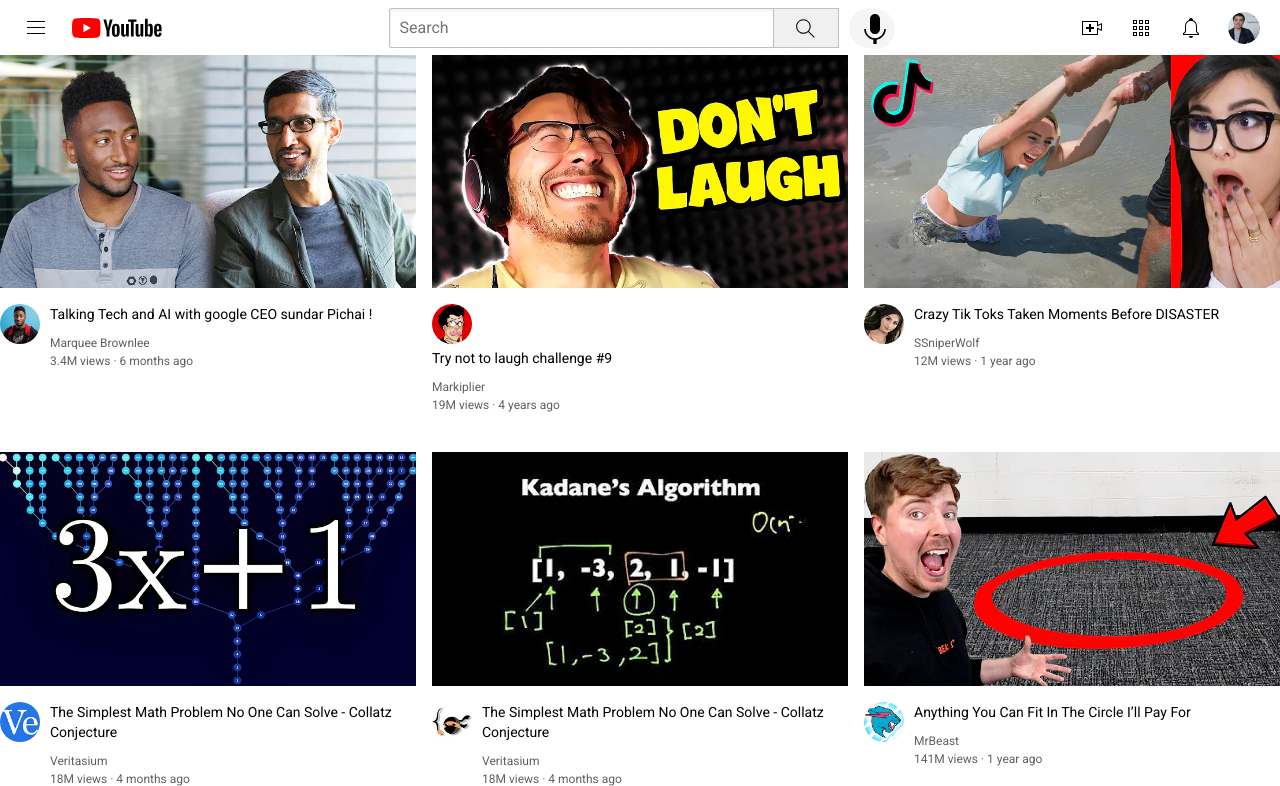
Repository: knowledgeAlan/html-css-fourteen
Page: youtube.html
An editor plug-in stored every save of this project. The page is shown before and after the next save, followed by the edit.
The browser window is 1280 px wide. The pictures show the whole page.

Above is the page before, as saved 2024-03-22 18:27:31.

### youtube.html
<!DOCTYPE html>
<html>

<head>
    <title>Youtube.com Clone</title>

    <link rel="preconnect" href="https://fonts.googleapis.com">
    <link rel="preconnect" href="https://fonts.gstatic.com" crossorigin>
    <link href="https://fonts.googleapis.com/css2?family=Roboto:wght@400;500;700&display=swap" rel="stylesheet">

    <link rel="stylesheet" href="styles/general.css">
    <link rel="stylesheet" href="styles/header.css">
    <link rel="stylesheet" href="styles/video.css">
    <link rel="stylesheet" href="styles/sidebar.css">


    <body>


        <div class="header">


            <div class="left-section">

                <img class="hamburger-menu" src="icons/hamburger-menu.svg">
                <img class="youtube-logo" src="icons/youtube-logo.svg">

            </div>

            <div class="middle-section">
                <input class="search-bar" type="text" placeholder="Search">

                <button class="search-button">
                    <img class="search-icon" src="icons/search.svg">
                </button>

                <button class="voice-search-button">
                       <img class="voice-search-button" src="icons/voice-search-icon.svg" >
                </button>
            </div>

            <div class="right-section">
                <img class="upload-icon" src="icons/upload.svg">
                <img class="youtube-apps-icon" src="icons/youtube-apps.svg">
                <img class="notifications-icon" src="icons/notifications.svg">
                <img class="current-user-picture" src="channel-pictures/my-channel.jpeg">

            </div>

        </div>

        <div class="video-grid">

            <div class="video-preview">

                <div class="thumbnail-row">
                    <img class="thumbnail" src="thumbnails/thumbnail-1.webp">
                </div>

                <div class="video-info-grid">

                    <div class="channel-picture">
                        <img class="profile-picture" src="channel-pictures/channel-1.jpeg">
                    </div>

                    <div class="video-info">
                        <p class="video-title">
                            Talking Tech and AI with google CEO sundar Pichai !

                        </p>

                        <p class="video-author">
                            Marquee Brownlee
                        </p>

                        <p class="video-stats">
                            3.4M views &#183; 6 months ago
                        </p>

                    </div>
                </div>
            </div>


            <div class="video-preview">
                    <div class="thumbnail-row">
                        <img class="thumbnail" src="thumbnails/thumbnail-2.webp">

                    </div>

                    <div class="=video-info-grid">
                        <div class="channel-picture">
                            <img class="profile-picture" src="channel-pictures/channel-2.jpeg">
                        </div>

                        <div class="video-info">
                            <p class="video-title">
                                Try not to laugh challenge #9
                            </p>

                            <p class="video-author">
                                Markiplier
                            </p>

                            <p class="video-stats">
                                19M views &#183; 4 years ago
                            </p>
                        </div>
                    </div>
            </div>



            <div class="video-preview">

                <div class="thumbnail-row">
                    <img class="thumbnail" src="thumbnails/thumbnail-3.webp">
                </div>

                <div class="video-info-grid">
                    <div class="channel-picture">
                        <img class="profile-picture"    src="channel-pictures/channel-3.jpeg">
                    </div>

                    <div class="video-info">
                         <p class="video-title">
                            Crazy Tik Toks Taken Moments Before DISASTER
                         </p>

                         <p class="video-author">
                            SSniperWolf
                         </p>

                         <p class="video-stats">
                            12M views &#183; 1 year ago
                         </p>
                    </div>
                </div>
            </div>

            <div class="video-preview">
                <div class="thumbnail-row">
                    <img class="thumbnail" src="thumbnails/thumbnail-4.webp">
                </div>
                <div class="video-info-grid">
                    <div class="channel-picture">
                        <img class="profile-picture" src="channel-pictures/channel-4.jpeg">
                    </div>

                    <div class="video-info">
                        <p class="video-title">
                            The Simplest Math Problem No One Can Solve - Collatz Conjecture
                        </p>
                        <p class="video-author">
                            Veritasium
                        </p>

                        <p class="video-stats">
                            18M views &#183; 4 months ago
                        </p>

                    </div>
                </div>
            </div>

            <div class="video-preview">
                <div class="thumbnail-row">
                    <img class="thumbnail" src="thumbnails/thumbnail-5.webp">
                </div>
                <div class="video-info-grid">
                    <div class="channel-picture">
                        <img class="profile-picture" src="channel-pictures/channel-5.jpeg">
                    </div>

                    <div class="video-info">
                        <p class="video-title">
                            The Simplest Math Problem No One Can Solve - Collatz Conjecture
                        </p>
                        <p class="video-author">
                            Veritasium
                        </p>

                        <p class="video-stats">
                            18M views &#183; 4 months ago
                        </p>

                    </div>
                </div>
            </div>

            <div class="video-preview">
                <div class="thumbnail-row">
                    <img class="thumbnail" src="thumbnails/thumbnail-6.webp">
                </div>

                <div class="video-info-grid">
                    <div class="channel-picture">
                        <img class="profile-picture" src="channel-pictures/channel-6.jpeg">
                    </div>
                    <div class="video-info">
                        <p class="video-title">
                            Anything You Can Fit In The Circle I’ll Pay For
                        </p>

                        <p class="video-author">
                            MrBeast
                        </p>

                        <p class="video-stats">
                            141M views &#183; 1 year ago
                        </p>
                    </div>
                </div>

            </div>







 </div>


    </body>
</head>
</html>

### styles/general.css
p{
    font-family: Roboto,Arial;
    margin-top: 0;
    margin-bottom: 0;
}

body{
    margin: 0;
}

### styles/header.css
.header {
    height: 55px;
    display: flex;
    flex-direction: row;
    justify-content: space-between;


}


.left-section {

    display: flex;
    align-items: center;
}

.hamburger-menu {

    height: 24px;
    margin-left: 24px;
    margin-right: 24px;
}


.youtube-logo {
    height: 20px ;
}

.middle-section {
    flex: 1;
    margin-left: 70px;
    margin-right:  35px;
    max-width: 500px;
    display: flex;
    align-items: center;
}

.search-bar{
    flex: 1;
    height: 36px;
    padding-left: 10px;
    font-size: 16px;
    border-width: 1px;
    border-style: solid;
    border-color: rgb(192, 192, 192);
    border-radius: 2px;
    box-shadow: inset 1px 2px 3px rgba(0, 0, 0, 0.05);
    width: 0;

}



.search-bar::placeholder {
    font-family: Roboto,Arial;
    font-size: 16px;
}


.search-button{
    height: 40px;
    width: 66px;
    background-color: rgb(240, 240, 240);
    border-width: 1px;
    border-style: solid;
    border-color: rgb(192, 192, 192);
    margin-left: -1px;
    margin-right: 10px;
}


.search-icon {
    height: 25px;
    margin-top: 4px;
}


.voice-search-button{
    height: 40px;
    width: 40px;
    border-radius: 20px;
    border: none;
    background-color: rgb(245, 245, 245);
}


.video-search-icon {
    height: 24px;
    width: 40px;
    border-radius: 20px;
    border: none;
    background-color: rgb(245, 245, 245);
}

.right-section {
    width: 180px;
    margin-right: 20px;
    display: flex;
    align-items: center;
    justify-content: space-between;
    flex-shrink: 0;

}

.upload-icon {
    height: 24px;
}

.youtube-apps-icon{
    height: 24px;
}


.notifications-icon {
    height: 24px;
}

.current-user-picture {
    height: 32px;
    border-radius: 16px ;
}

### styles/video.css
.thumbnail{
    width: 100%;
}

.video-title {
    margin-top: 0;
    font-size: 14px;
    font-weight: 500px ;
    line-height: 20px;
    margin-bottom: 12px;
}


.video-info-grid {
    display: grid;
    grid-template-columns: 50px 1fr;
}


.profile-picture{
    width: 40px;
    border-radius: 50px;
}


.thumbnail-row {
    margin-bottom: 12px;
}

.video-author,.video-stats {
    font-size: 12px;
    color: rgb(96, 96, 96);
}

.video-author {
    margin-bottom: 4px;
}

.video-grid{
    display: grid;
    grid-template-columns: 1fr 1fr 1fr;
    column-gap: 16px;
    row-gap: 40px;
}

### styles/sidebar.css
.sidebar {
    position:fixed;
    left: 0;
    bottom: 0;
    top: 55px;
    background-color: white;
    width: 72px;
}

After the next save:
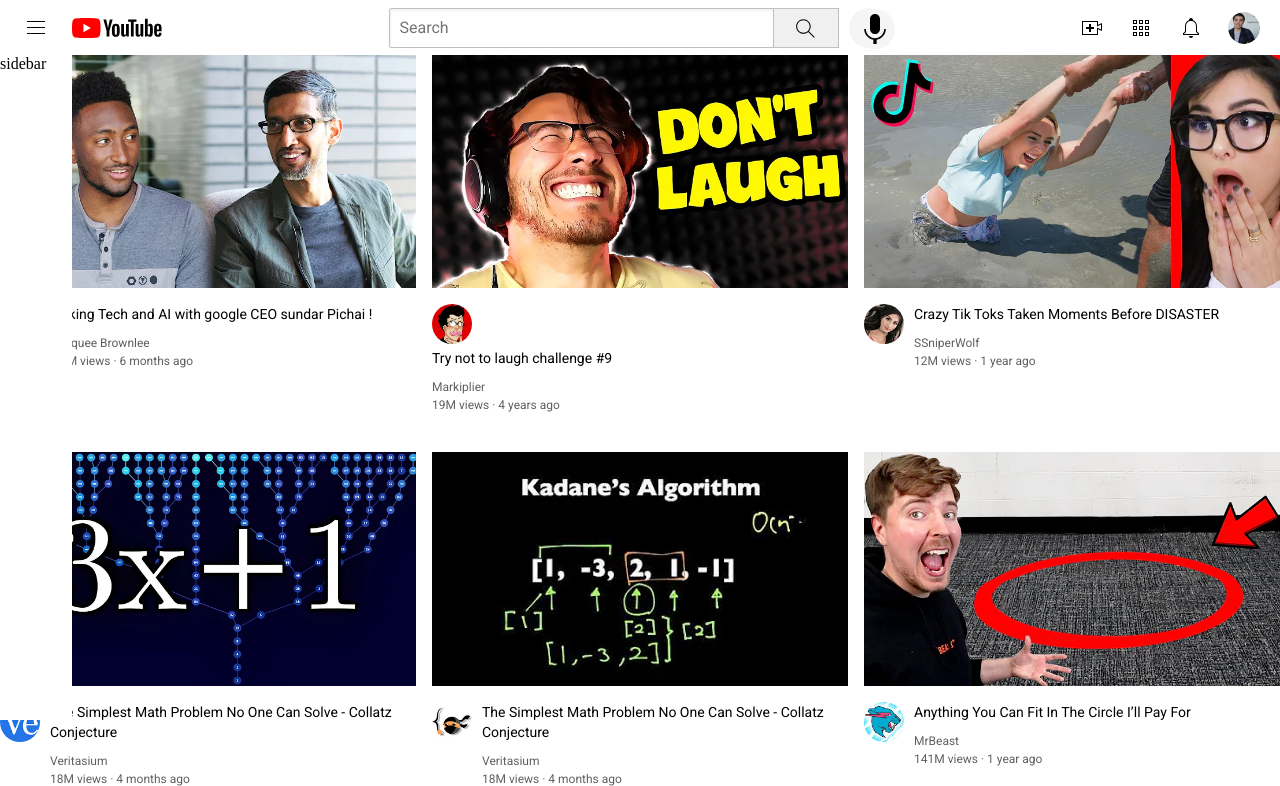
Saved 69 s later.
--- a/youtube.html
+++ b/youtube.html
@@ -49,6 +49,10 @@
 
         </div>
 
+        <div class="sidebar">
+            sidebar
+        </div>
+
         <div class="video-grid">
 
             <div class="video-preview">
